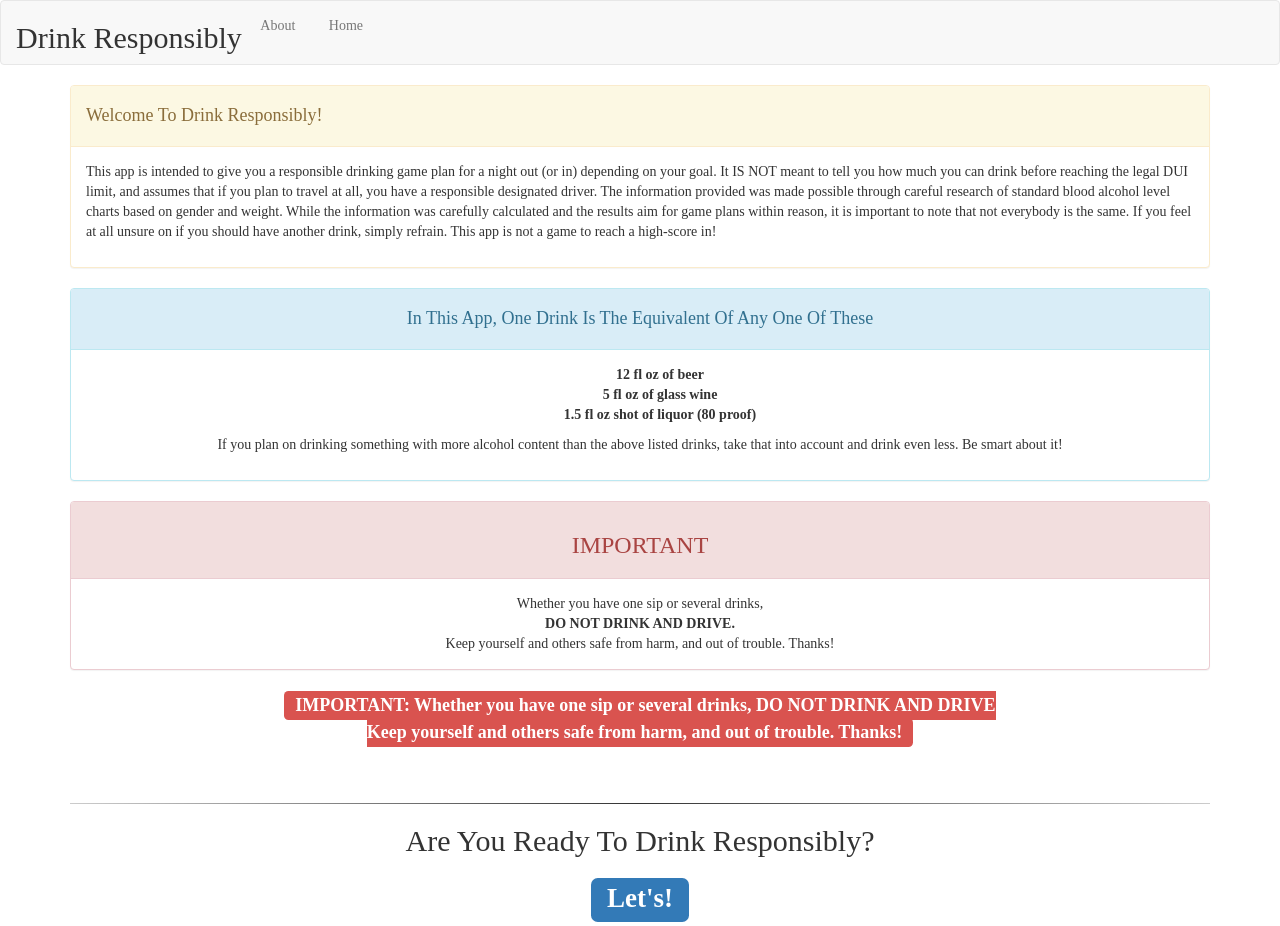
Repository: NatNat180/DrinkResponsibly
Page: http://localhost/DrinkResponsibly/
An editor plug-in stored every save of this project. The page is shown before and after the next save, followed by the edit.
The browser window is 1280 px wide. The pictures show the whole page.
Some web fonts or font styles are not loaded; a fallback is used. The page is served by Tomcat 9. Other server files are loaded and not shown.

Above is the page before, as saved 2016-04-14 00:17:09.

### DrinkResponsibly/WebContent/WEB-INF/about.jsp
<%@ page language="java" contentType="text/html; charset=UTF-8"
    pageEncoding="ISO-8859-1"%>
<%@ taglib prefix="c" uri="http://java.sun.com/jsp/jstl/core" %>
<!DOCTYPE html>
<html lang="eng">
<head>
<meta http-equiv="Content-Type" content="text/html; charset=UTF-8">
<link rel="stylesheet" type="text/css" href="bootstrap/css/bootstrap.css"/>
<link rel="stylesheet" type="text/css" href="css/style.css"/>
<title>What Is Drink Responsibly?</title>
</head>
<body>
<c:import url="/WEB-INF/navigation.html"/>
<section class="container">

<div class="panel panel-warning">
<div class="panel-heading">
<h4>Welcome To Drink Responsibly!</h4>
</div>
<div class="panel-body">
	<p>This app is intended to give you a responsible drinking game plan for a night out
	(or in) depending on your goal. It IS NOT meant to tell you how much you can drink before reaching the legal DUI limit,
	and assumes that if you plan to travel at all, you have a responsible designated driver.
	The information provided was made possible through careful research of
	standard blood alcohol level charts based on gender and weight. While the
	information was carefully calculated and the results aim for game plans
	within reason, it is important to note that not everybody is the same.
	If you feel at all unsure on if you should have another drink, simply refrain.
	This app is not a game to reach a high-score in!</p>
</div>
</div>

<div class="center-text">

	<div class="panel panel-info">
	<div class="panel-heading">
	<h4>In This App, One Drink Is The Equivalent Of Any One Of These</h4>
	</div>
	<div class="panel-body">
		<ul style="font-weight: bold;">
			<li>12 fl oz of beer</li>
			<li>5 fl oz of glass wine</li>
			<li>1.5 fl oz shot of liquor (80 proof)</li>
		</ul>
	<p>If you plan on drinking something with more alcohol content than the above
	listed drinks, take that into account and drink even less. Be smart about it!</p>
	</div>
	</div>

	<div class="panel panel-danger">
	<div class="panel-heading"><h3>IMPORTANT</h3></div>
	<div class="panel-body">
	Whether you have one sip or several drinks, <div style="font-weight: bold;">DO NOT DRINK AND DRIVE.</div>
	Keep yourself and others safe from harm, and out of trouble. Thanks!
	</div>
	</div>

	<h3><span class="label label-danger">IMPORTANT: Whether you have one sip or several drinks, DO NOT DRINK AND DRIVE
	<br>Keep yourself and others safe from harm, and out of trouble. Thanks!</span></h3>
	<h3><span class="labal label-danger"></span></h3>
	<h3><span class="label label-danger"></span></h3>
	<br>
	<hr>

<h2>Are You Ready To Drink Responsibly?</h2>
	<h1><span class="label label-primary"><a href="form">Let's!</a></span></h1>

</div><!-- end text center -->

</section>
</body>
</html>

### DrinkResponsibly/WebContent/WEB-INF/navigation.html
<nav class="navbar navbar-default" role="navigation">
	<div class="container-fluid">
		<div class="navbar-header">
		  <h1 class="nav-title" style="font-size: 30px;">Drink Responsibly</h1>
		</div>
		<ul class="nav navbar-nav navbar-left">
			<li id="right"><a href="">&nbsp;About</a>
			<li id="right"><a href="form">&nbsp;Home</a>
		</ul>
	</div>
</nav>

### DrinkResponsibly/src/com/application/Home.java
package com.application;

import java.io.IOException;
import javax.servlet.ServletException;
import javax.servlet.annotation.WebServlet;
import javax.servlet.http.HttpServlet;
import javax.servlet.http.HttpServletRequest;
import javax.servlet.http.HttpServletResponse;

@WebServlet("")
public class Home extends HttpServlet {
	private static final long serialVersionUID = 1L;

    public Home() {
        super();

    }

	protected void doPost(HttpServletRequest request, HttpServletResponse response) throws ServletException, IOException {

		doGet(request, response);
	}

	protected void doGet(HttpServletRequest request, HttpServletResponse response) throws ServletException, IOException {

			request.getServletContext().getRequestDispatcher("/WEB-INF/about.jsp").forward(request, response);

	}

}

### DrinkResponsibly/WebContent/css/style.css
@import url(https://fonts.googleapis.com/css?family=Fjalla+One|Poiret+One|Bitter|Arvo|Amatic+SC:400,700);

/*
font-family: 'Fjalla One', sans-serif;
font-family: 'Poiret One', cursive;
font-family: 'Bitter', serif;
font-family: 'Arvo', serif;
font-family: 'Amatic SC', cursive;
*/

h1 {font-family: 'Poiret One', cursive;}
body {font-family: 'Arvo', serif;}
.center-text {text-align:center;}

ul {
	list-style-type: none;
}

.label a {
	color: white;
}

a:hover{
	text-decoration: none;
	color: #55555;
}

form p {
	margin-top: 5px;
	margin-bottom: 5px;
}

hr {
	border: 0;
	height: 1px;
	background: #333;
	background-image: linear-gradient(to right, #ccc, #333, #ccc);
}

Loaded but not shown: DrinkResponsibly/WebContent/bootstrap/css/bootstrap.css (library)

After the next save:
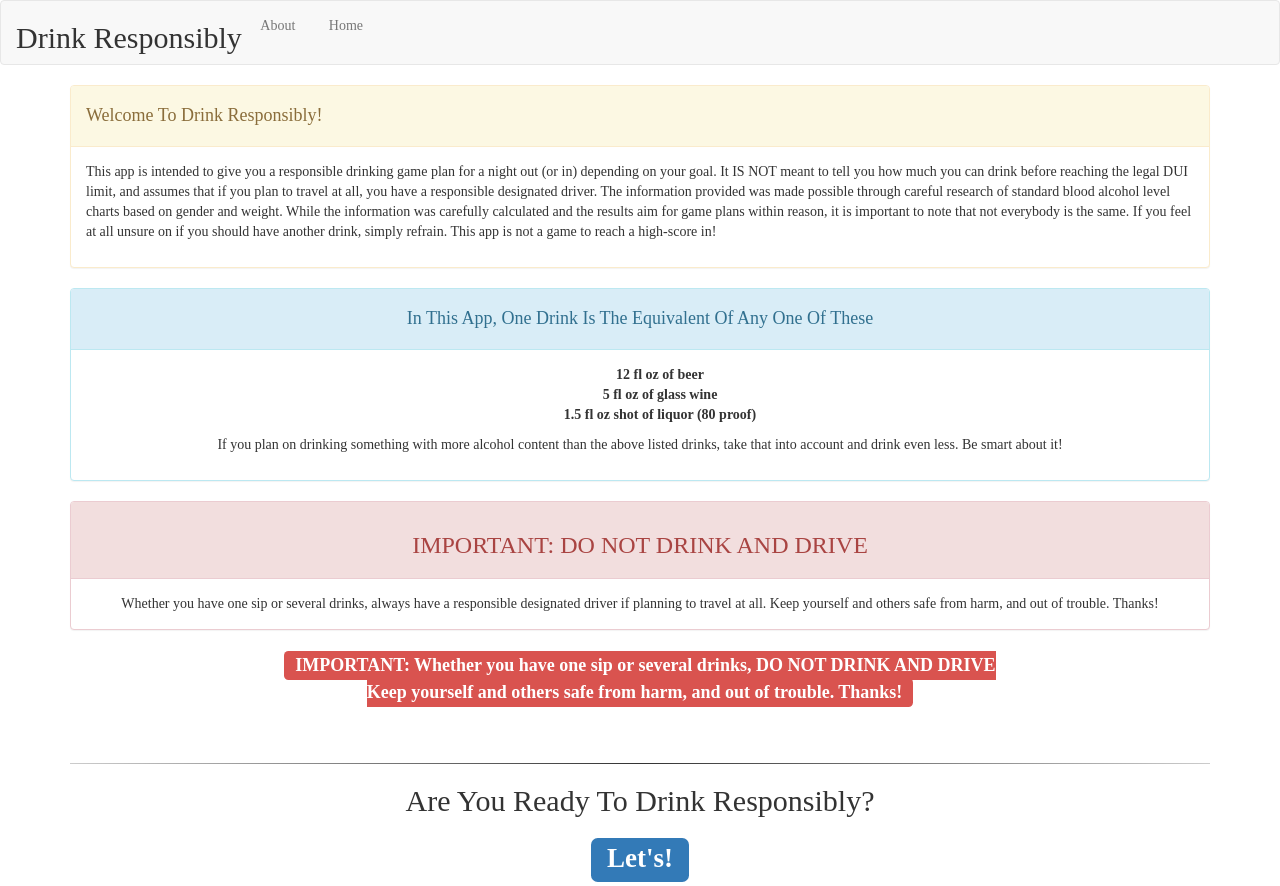
Saved 44 s later.
--- a/DrinkResponsibly/WebContent/WEB-INF/about.jsp
+++ b/DrinkResponsibly/WebContent/WEB-INF/about.jsp
@@ -48,9 +48,9 @@
 	</div>
 
 	<div class="panel panel-danger">
-	<div class="panel-heading"><h3>IMPORTANT</h3></div>
+	<div class="panel-heading"><h3>IMPORTANT: DO NOT DRINK AND DRIVE</h3></div>
 	<div class="panel-body">
-	Whether you have one sip or several drinks, <div style="font-weight: bold;">DO NOT DRINK AND DRIVE.</div>
+	Whether you have one sip or several drinks, always have a responsible designated driver if planning to travel at all.
 	Keep yourself and others safe from harm, and out of trouble. Thanks!
 	</div>
 	</div>
